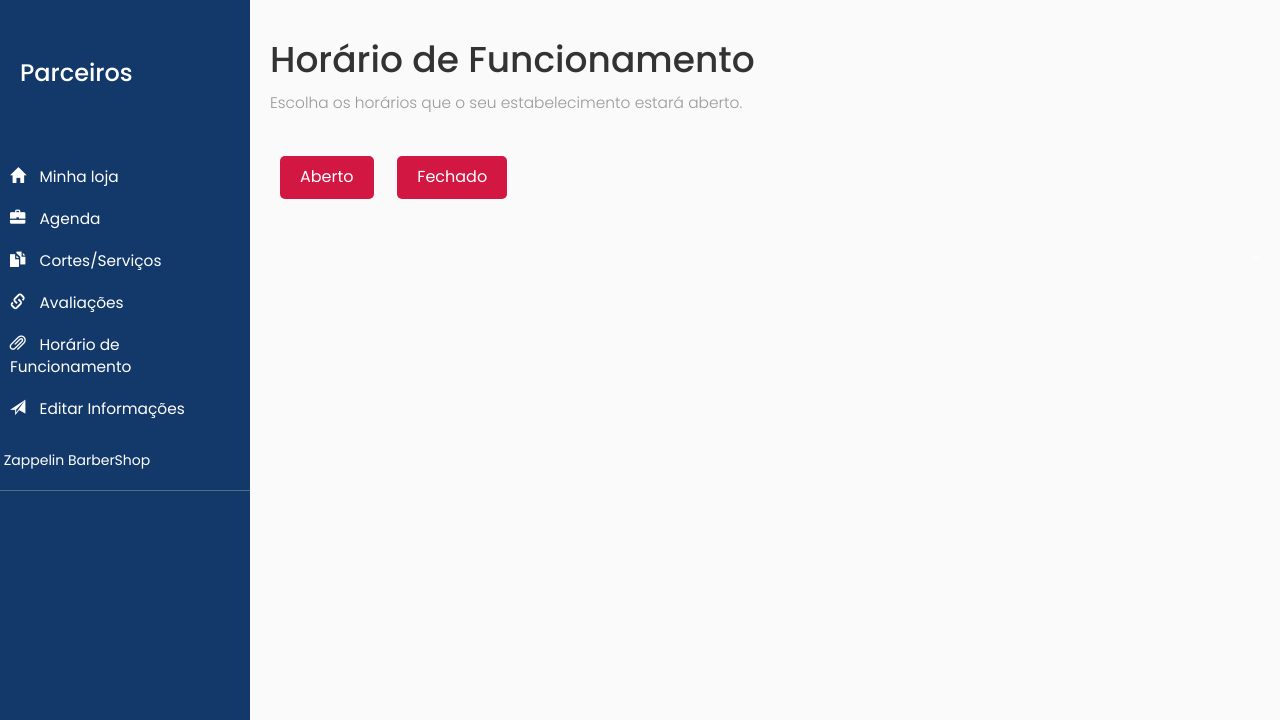
Repository: aquilesascar/barberconnect
Page: http://localhost/horario.php
An editor plug-in stored every save of this project. The page is shown before and after the next save, followed by the edit.
The browser window is 1280 px wide. The pictures show the whole page.
The page is run by PHP 8.4 with error messages shown; the project is at /var/www/html/.

Above is the page before, as saved 2023-10-10 09:40:17.

### horario.php
<!DOCTYPE html>
<html lang="en">

<head>
    <meta charset="UTF-8">
    <meta http-equiv="X-UA-Compatible" content="IE=edge">
    <meta name="viewport" content="width=device-width, initial-scale=1.0">
    <title>Document</title>

    <!-- Bootstrap CSS CDN -->
    <link rel="stylesheet" href="https://maxcdn.bootstrapcdn.com/bootstrap/3.3.7/css/bootstrap.min.css">
    <!-- Our Custom CSS -->
    <link rel="stylesheet" href="../TCC/assets/css/style4.css">





    <style>
        #botao1,
        #botao2 {
            background-color: #D21742;
            border: none;
            color: white;
            padding: 10px 20px;
            text-align: center;
            text-decoration: none;
            display: inline-block;
            font-size: 16px;
            margin: 10px;
            cursor: pointer;
            border-radius: 5px;
        }

        #botao1.disabled,
        #botao2.disabled {
            background-color: gray;
            /* Cor de fundo cinza para botões desativados */
            cursor: not-allowed;
            /* Cursor de não permitido quando desativado */
        }
    </style>
</head>

<body>
    <div class="wrapper">
        <?php
        //INCLUSÃO DO MENU
        include_once('menu.php');
        ?>
        <div id="content">

            <h1>Horário de Funcionamento</h1>
            <p>Escolha os horários que o seu estabelecimento estará aberto.</p>
            <br>

            <button id="botao1" onclick="selecionarBotao(1)">Aberto</button>

            <button id="botao2" onclick="selecionarBotao(2)">Fechado</button>




        </div>
    </div>

    <script>
        function selecionarBotao(botaoSelecionado) {
            if (botaoSelecionado === 1) {
                document.getElementById('botao1').classList.add('disabled');
                document.getElementById('botao2').classList.remove('disabled');
            } else if (botaoSelecionado === 2) {
                document.getElementById('botao2').classList.add('disabled');
                document.getElementById('botao1').classList.remove('disabled');
            }
        }
    </script>



</body>

</html>

### menu.php
<nav id="sidebar">
    <div class="sidebar-header">
        <h3>Parceiros</h3>
        <strong>BC</strong>
    </div>

    <ul class="list-unstyled components">
        <li>
            <a href="index4.php">
                <i class="glyphicon glyphicon-home"></i>
                Minha loja
            </a>

        </li>
        <li>
            <a href="agenda.php">
                <i class="glyphicon glyphicon-briefcase"></i>
                Agenda
            </a>

            <a href="corteclassico.php" aria-expanded="false">
                <i class="glyphicon glyphicon-duplicate"></i>
                Cortes/Serviços
            </a>
        </li>
        <li>
            <a href="avaliacoes.php">
                <i class="glyphicon glyphicon-link"></i>
                Avaliações
            </a>
        </li>
        <li>
            <a href="horario.php">
                <i class="glyphicon glyphicon-paperclip"></i>
                Horário de Funcionamento
            </a>
        </li>
        <li>
            <a href="#">
                <i class="glyphicon glyphicon-send"></i>
                Editar Informações
            </a>
        </li>
        <li>
            <a href="#"></a>
            <i class="glyphicon glyphicon-logout"></i>
            Zappelin BarberShop
        </li>
    </ul>

</nav>

### assets/css/style4.css
@import "https://fonts.googleapis.com/css?family=Poppins:300,400,500,600,700";

.form-check form-switch {
    text-align: justify;
}

h2 {
    padding-top: 20px;
}

h3 {
    padding-bottom: 20px;
    padding-top: 20px;
}

#sidebarCollapse {
    display: flex;
    align-items: center;
    justify-content: center;
}

#sidebarCollapse:hover {

    background-color: #05234b;
    color: white;
    align-items: center;
}

#lorem{
    color: #fafafa;
    font-size: 14px;
    user-select: none; /* Evita a seleção de texto */
    cursor: default;   /* Mantém o cursor padrão */
}


.coverImg {
    display: flex;
    justify-content: center;
}

.cover {
    border-radius: 8px;
}

.images {
    padding-bottom: 6% !important;
}

.linha{
    padding-bottom: 3%;
}

.filtros button {
    align-items: center !important;
    justify-content: center;
    border-radius: 25px !important;
    padding: 5px 17px;
    background-color: transparent;
    border-color: #8c8c8c !important;
    color: #8c8c8c;
    font-size: 16px !important;
    margin-right: 20px;
    font-weight: 450;
}

.filtros button:hover {
    background-color: transparent !important;
    /* Remove a mudança de cor de fundo */
    border-color: #6a6a6a !important;
    /* Remove a mudança de cor da borda */
    color: #6a6a6a !important;
    /* Remove a mudança de cor do texto */
}

.btn-primary {
    align-items: center !important;
    justify-content: center;
    border-radius: 5px !important;
    background-color: transparent;
    border-color: #080808 !important;
    color: #8c8c8c;
    font-size: 13px;
    margin-right: 20px;
    font-weight: 450;
}

.btn-primary:hover {
    background-color: transparent !important;
    /* Remove a mudança de cor de fundo */
    border-color: #6a6a6a !important;
    /* Remove a mudança de cor da borda */
    color: #6a6a6a !important;
    /* Remove a mudança de cor do texto */
}

.filtros {
    padding-bottom: 1%;

}

.divForm {
    margin-left: 10%;
    margin-right: 10%;
    border-radius: 6px;
    background-color: white;
    position: relative;
}

.divTable {
    border-radius: 6px;
    background-color: white;
    position: relative;
    box-shadow: 0 4px 8px 0 rgba(0, 0, 0, 0.2);
}

.divTable table {
    width: 100%;
    border-collapse: collapse;
    font-family: Arial, sans-serif;
}

.divTable th {
    background-color: #13396B;
    color: white;
    padding: 10px;
    text-align: center;
}

.divTable td {
    padding: 18px;
    text-align: center;
    border-bottom: 1px solid #ddd;
}

.divTable tr:hover {
    background-color: #f5f5f5;
}

.divTable caption {
    caption-side: top;
    text-align: center;
    font-weight: bold;
}


.barberItem {
    box-sizing: border-box;
    width: calc(100% / 3 - 10px);
    height: 200px;
    display: inline-block;
    position: relative;
    border-radius: 15px; /* Adiciona bordas arredondadas */
    box-shadow: 0 4px 8px 0 rgba(0,0,0,0.2); /* Adiciona sombra */
    transition: transform 0.4s ease, box-shadow 0.2s ease;
    background-color: #ffffff; /* Adiciona cor de fundo */
    padding: 10px 20px;
    margin-right: 6px;
    margin-bottom: 20px; /* Espaçamento entre as linhas */
}

.barberItem:hover {
    border-color: #6a6a6a !important;
    cursor: pointer;
}

.barberItem p {
    padding-left: 15%;
    font-size: 20px !important;
    padding-bottom: 20% !important;
    display: inline-block !important;
}

.barberText {
    margin-left: 85px;
    font-size: 24px;
    align-items: center;
    position: relative;
    top: -78px;
}

.description {
    padding-top: 4%;
}

.itemDescription {
    color: #8c8c8c;
    display: block;
    padding-bottom: 5%;
}

.price {
    padding-top: 5%;
    font-weight: 700;
    font-size: 20px;
}

.infos {
    position: relative;
    top: -1px;
    display: flex;
    justify-content: space-between;
    /* Isso substituirá a necessidade de float: right; */
}

.rightInfo {
    clear: both;
}

.itemName {
    font-size: 20px;
    font-weight: 600;
    position: relative;
}

.bi-star-fill {
    font-size: 16px;

}

.barberInfo {
    padding-top: 5%;
    font-size: 16px;
}

.avaliacao {
    color: rgb(255, 213, 0);
    text-decoration: underline;
    transition: color 0.2s ease;
}

.avaliacao:hover {
    cursor: pointer;
    color: rgb(251, 209, 0);
}

.distancia {
    color: rgba(0, 0, 0, 0.45);
}

.barberText {
    padding-top: 3px;
    font-size: 16px;
}

.barberName {
    font-size: 24px;
    font-weight: 700;
    position: relative;

}

.images img {
    padding-right: 3% !important;
}

body {
    font-family: 'Poppins', sans-serif;
    background: #fafafa;
}

p {
    font-family: 'Poppins', sans-serif;
    font-size: 1.1em;
    font-weight: 300;
    line-height: 1.7em;
    color: #999;
}

a,
a:hover,
a:focus {
    color: inherit;
    text-decoration: none;
    transition: all 0.3s;
}

.navbar {
    padding: 15px 10px;
    background: #fff;
    border: none;
    border-radius: 0;
    margin-bottom: 40px;
    box-shadow: 1px 1px 3px rgba(0, 0, 0, 0.1);
}

.minImg {
    position: absolute;
    right: 0;
    top: 50%;
    transform: translateY(-50%);
    padding-right: 5%;

}


.images img {
    padding-right: 3% !important;
}

.navbar-btn {
    box-shadow: none;
    outline: none !important;
    border: none;
    color: #ffffff;
    background-color: #13396B;
}

.line {
    width: 100%;
    height: 1px;
    border-bottom: 1px dashed #ddd;
    margin: 40px 0;
}

i,
span {
    display: inline-block;
}

/* ---------------------------------------------------
    SIDEBAR STYLE
----------------------------------------------------- */
.wrapper {
    display: flex;
    height: 100%;
    /*align-items: stretch;*/
}

#agenda {
    background-color: #13396B !important;
    color: white;
    cursor: default;
}

#thData:hover {
    cursor: pointer;
}

#sidebar {
    min-width: 250px;
    max-width: 250px;
    background: #13396B;
    color: #ffffff;
    transition: all 0.3s;
}

#sidebar.active {
    min-width: 80px;
    max-width: 80px;
    text-align: center;
}

#sidebar.active .sidebar-header h3,
#sidebar.active .CTAs {
    display: none;
}

#sidebar.active .sidebar-header strong {
    display: block;
}

#sidebar ul li a {
    text-align: left;
}

#sidebar.active ul li a {
    padding: 20px 10px;
    text-align: center;
    font-size: 0.85em;
}

#sidebar.active ul li a i {
    margin-right: 0;
    display: block;
    font-size: 1.8em;
    margin-bottom: 5px;
}

#sidebar.active ul ul a {
    padding: 10px !important;
}

#sidebar.active a[aria-expanded="false"]::before,
#sidebar.active a[aria-expanded="true"]::before {
    top: auto;
    bottom: 5px;
    right: 50%;
    -webkit-transform: translateX(50%);
    -ms-transform: translateX(50%);
    transform: translateX(50%);
}

#sidebar .sidebar-header {
    padding: 20px;
    background: #13396B;
}

#sidebar .sidebar-header strong {
    display: none;
    font-size: 1.8em;
}

#sidebar ul.components {
    padding: 20px 0;
    border-bottom: 1px solid #47748b;
}

#sidebar ul li a {
    padding: 10px;
    font-size: 1.1em;
    display: block;
}

#sidebar ul li a:hover {
    color: #13396B;
    background: #fff;
}

#sidebar ul li a i {
    margin-right: 10px;
}

#sidebar ul li.active>a,
a[aria-expanded="true"] {
    color: #fff;
    background: #13396B;
}


a[data-toggle="collapse"] {
    position: relative;
}

a[aria-expanded="false"]::before,
a[aria-expanded="true"]::before {
    content: '\e259';
    display: block;
    position: absolute;
    right: 20px;
    font-family: 'Glyphicons Halflings';
    font-size: 0.6em;
}

a[aria-expanded="true"]::before {
    content: '\e260';
}


ul ul a {
    font-size: 0.9em !important;
    padding-left: 30px !important;
    background: #13396B;
}

ul.CTAs {
    padding: 20px;
}

ul.CTAs a {
    text-align: center;
    font-size: 0.9em !important;
    display: block;
    border-radius: 5px;
    margin-bottom: 5px;
}

a.download {
    background: #13396B;
    color: #13396B;
}

a.article,
a.article:hover {
    background: #13396B !important;
    color: #fff !important;
}

#imgCorte {
    width: 100px;
}

/* ---------------------------------------------------
    CONTENT STYLE
----------------------------------------------------- */
#content {
    padding: 20px;
    min-height: 100vh;
    transition: all 0.3s;
}


/* ---------------------------------------------------
    MEDIAQUERIES
----------------------------------------------------- */
@media (max-width: 768px) {
    #sidebar {
        min-width: 80px;
        max-width: 80px;
        text-align: center;
        margin-left: -80px !important;
    }

    a[aria-expanded="false"]::before,
    a[aria-expanded="true"]::before {
        top: auto;
        bottom: 5px;
        right: 50%;
        -webkit-transform: translateX(50%);
        -ms-transform: translateX(50%);
        transform: translateX(50%);
    }

    #sidebar.active {
        margin-left: 0 !important;
    }

    #sidebar .sidebar-header h3,
    #sidebar .CTAs {
        display: none;
    }

    #sidebar .sidebar-header strong {
        display: block;
    }

    #sidebar ul li a {
        padding: 20px 10px;
    }

    #sidebar ul li a span {
        font-size: 0.85em;
    }

    #sidebar ul li a i {
        margin-right: 0;
        display: block;
    }

    #sidebar ul ul a {
        padding: 10px !important;
    }

    #sidebar ul li a i {
        font-size: 1.3em;
    }

    #sidebar {
        margin-left: 0;
    }

    #sidebarCollapse span {
        display: none;
    }
}

After the next save:
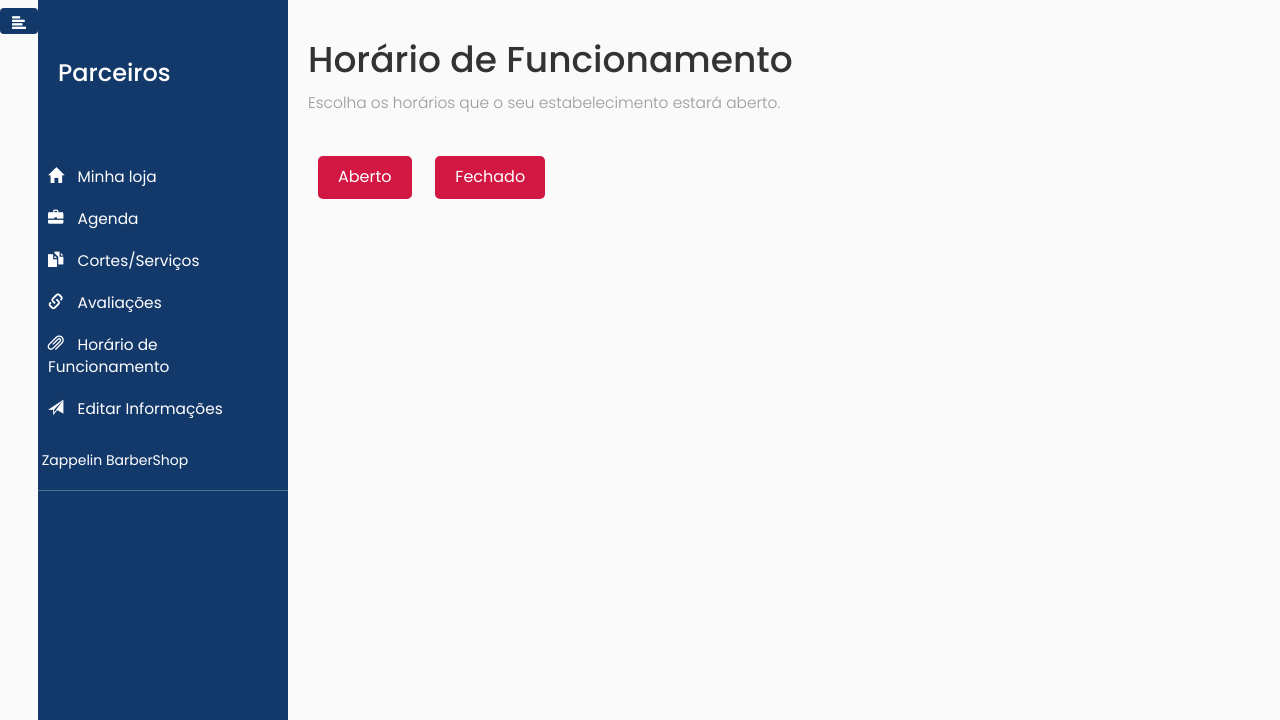
Saved 13 s later.
--- a/horario.php
+++ b/horario.php
@@ -13,7 +13,12 @@
     <link rel="stylesheet" href="../TCC/assets/css/style4.css">
 
 
+    <div class="navbar-header">
+                    <button type="button" id="sidebarCollapse" class="btn btn-info navbar-btn">
+                        <i class="glyphicon glyphicon-align-left"></i>
 
+                    </button>
+                </div>
 
 
     <style>
